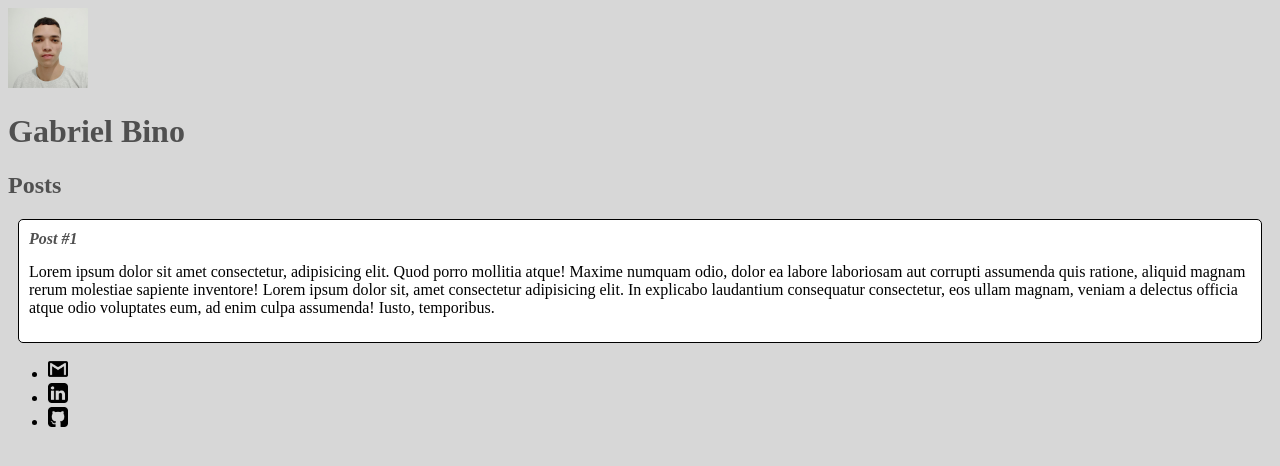
Repository: gabrielbino/projects-dio
Page: html e css/index.html
The author's editor kept a copy of each file at every save. The page is drawn from the files as they stood at one save, then again after the next save.
The browser window is 1280 px wide. The pictures show the whole page.

Above is the page before, as saved 2021-10-15 18:40:47.

### html e css/index.html
<!DOCTYPE html>
<html lang="pt-br">
  <head>
    <meta charset="UTF-8" />
    <meta name="viewport" content="width=device-width, initial-scale=1.0" />
    <link rel="stylesheet" href="style.css" />
    <title>Gabriel Bino</title>
  </head>
  <body>
    <header>
      <img
        class="photo"
        src="img/option_profile.jpeg"
        alt="Ilustração do rosto de Gabriel Bino"
        width="80px"
        height="80px"
      />
      <h1 id="title">Gabriel Bino</h1>
    </header>
    <section>
      <header>
        <h2 class="subtitle">Posts</h2>
      </header>
      <article class="post">
        <header>
          <h3 class="post_title">Post #1</h3>
        </header>
        <p class="post_content">
          Lorem ipsum dolor sit amet consectetur, adipisicing elit. Quod porro
          mollitia atque! Maxime numquam odio, dolor ea labore laboriosam aut
          corrupti assumenda quis ratione, aliquid magnam rerum molestiae
          sapiente inventore! Lorem ipsum dolor sit, amet consectetur
          adipisicing elit. In explicabo laudantium consequatur consectetur, eos
          ullam magnam, veniam a delectus officia atque odio voluptates eum, ad
          enim culpa assumenda! Iusto, temporibus.
        </p>
      </article>
    </section>
    <footer>
      <ul>
        <li>
          <a href="mailto:gabriellf650@gmail.com" target="_blank"
            ><img
              src="img/gmail.png"
              alt="Link com a logo do Gmail"
              width="20px"
              height="20px"
            />
          </a>
        </li>
        <li>
          <a
            href="https://www.linkedin.com/in/gabriel-fernandes-bino-456499195/"
            target="_blank"
            ><img
              src="img/lkdn.png"
              alt="Link com a logo do LinkedIn"
              width="20px"
              height="20px"
            />
          </a>
        </li>
        <li>
          <a href="https://github.com/gabrielbino" target="_blank"
            ><img
              src="img/github.png"
              alt="Link com a logo do Github"
              width="20px"
              height="20px"
            />
          </a>
        </li>
      </ul>
    </footer>
  </body>
</html>

### html e css/style.css
body {
  background-color: #d7d7d7;
}

#title,
.subtitle,
.post_title {
  color: #505050;
}

.post_title {
  font-size: 16px;
  font-style: italic;
  margin: 0;
  margin-bottom: 15px;
}

.post {
  background-color: #fff;
  padding: 10px;
  border: 1px solid #000;
  margin: 10px;
  margin-bottom: 15px;
  border-radius: 5px;
}

.post_content {
  margin: 0;
  margin-bottom: 15px;
}

After the next save:
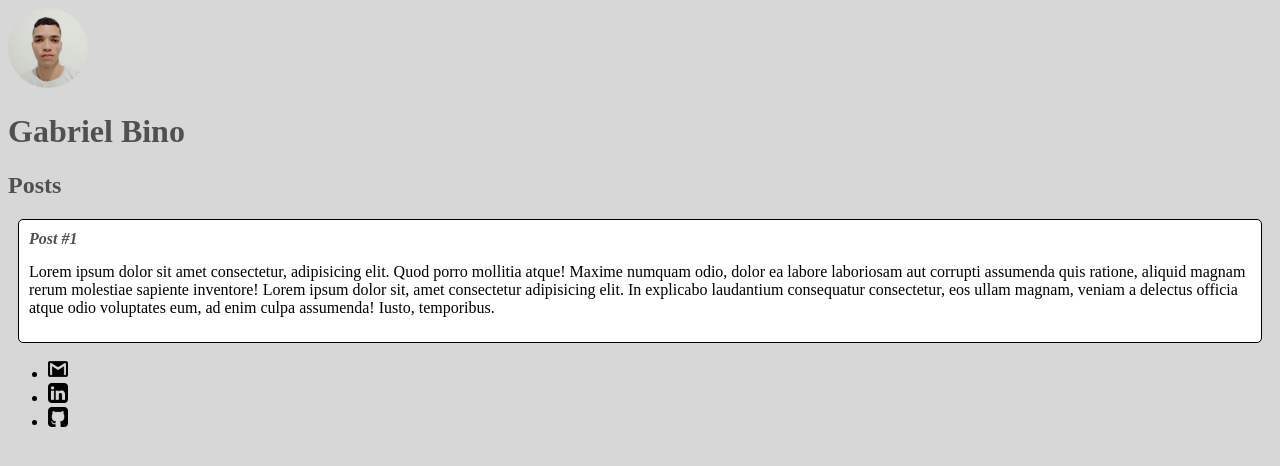
Saved 17 s later.
--- a/html e css/style.css
+++ b/html e css/style.css
@@ -1,5 +1,9 @@
 body {
   background-color: #d7d7d7;
+}
+
+.photo {
+  border-radius: 50px;
 }
 
 #title,

After the save that followed:
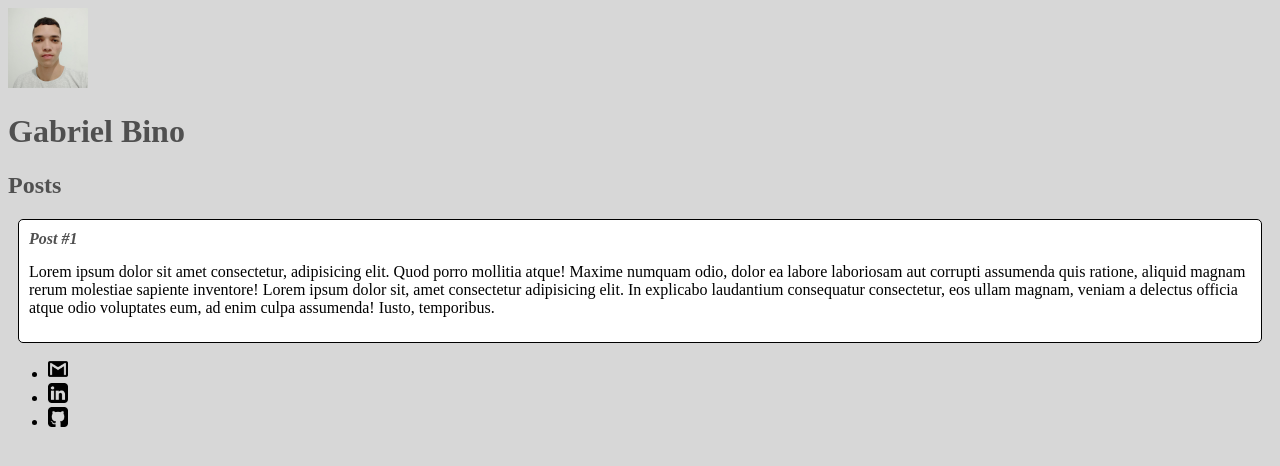
Saved 16 s later.
--- a/html e css/style.css
+++ b/html e css/style.css
@@ -3,6 +3,7 @@
 }
 
 .photo {
+  border: 1px solid #505050
   border-radius: 50px;
 }
 
